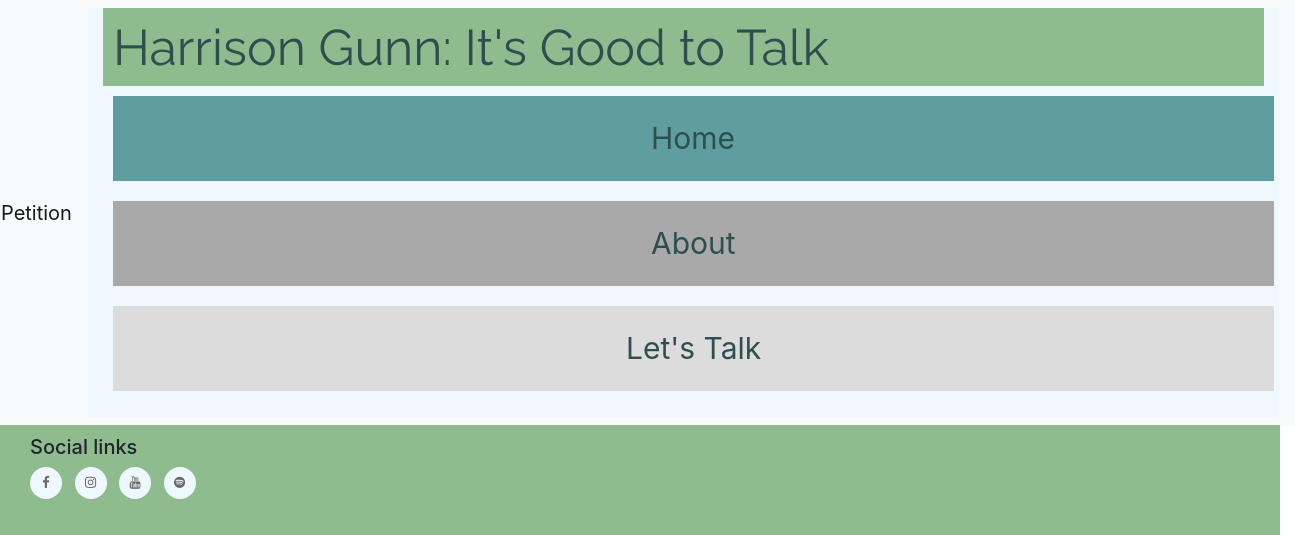
Repository: Leannald13/mile-stone-project-html
Page: contact.html
The author's editor kept a record of every edit. The page is drawn from the files as they stood at one moment, then again after the next edit.
The browser window is 1280 px wide. The page is 1295 px wide, so the pictures cover 1295 px, including what lies to the right of the window. The pictures show the part of the page from y = 500 to 1035 px (the page is 1035 px tall).

Above is the page before.

After the next edit:
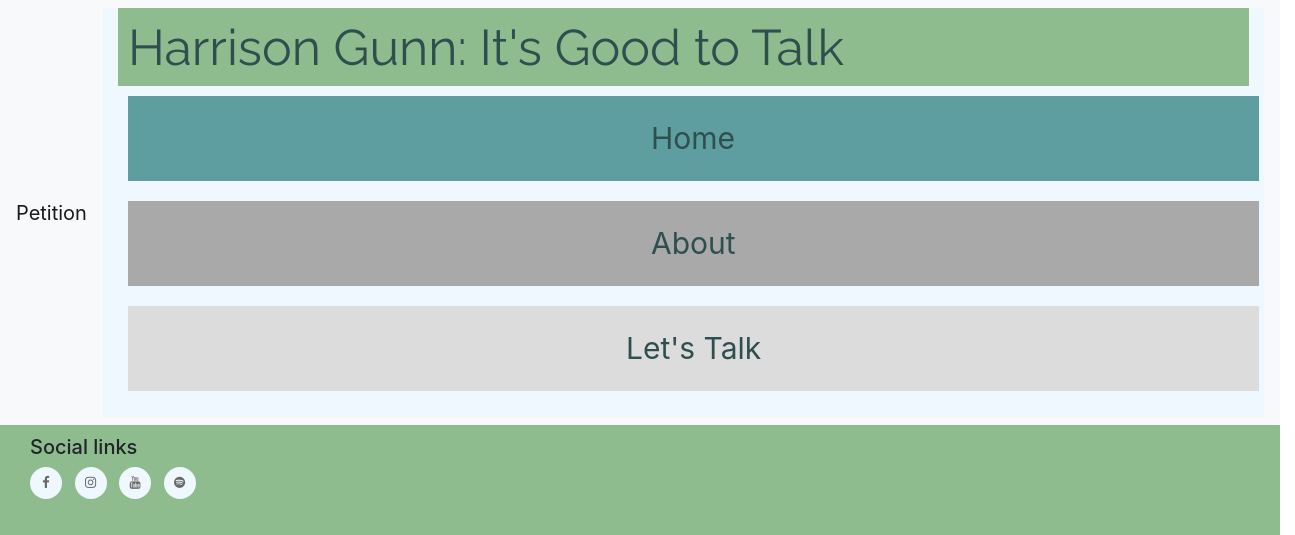
The edit:
--- a/contact.html
+++ b/contact.html
@@ -18,38 +18,39 @@
             <a href="index.html" class="col-md-12 logo">
 
             </a>
-                       <nav class="navbar navbar-expand-lg navbar-light bg-light">
-  <a class="navbar-brand" href="https://petition.parliament.uk/petitions/260373">Petition</a>
-  <button class="navbar-toggler" type="button" data-toggle="collapse" data-target="#navbarSupportedContent" aria-controls="navbarSupportedContent" aria-expanded="false" aria-label="Toggle navigation">
+        </div>
+        <nav class="navbar navbar-expand-lg navbar-light bg-light">
+            <a class="navbar-brand" href="https://petition.parliament.uk/petitions/260373">Petition</a>
+            <button class="navbar-toggler" type="button" data-toggle="collapse" data-target="#navbarSupportedContent" aria-controls="navbarSupportedContent" aria-expanded="false" aria-label="Toggle navigation">
     <span class="navbar-toggler-icon"></span>
   </button>
 
             <div class="container-fluid">
-        <div class="row">
-            <div class="col-sm-12">
-                <div class="row no-gutters bg-color-name">
-                    <div class="col heading">
-                        <h1 class="name">Harrison Gunn: It's Good to Talk</h1>
+                <div class="row">
+                    <div class="col-sm-12">
+                        <div class="row no-gutters bg-color-name">
+                            <div class="col heading">
+                                <h1 class="name">Harrison Gunn: It's Good to Talk</h1>
+                            </div>
+                        </div>
                     </div>
-                </div>
-            </div>
-             <div class="container-fluid">
-            <div class="row">
-                <div class="col-12">
-                    <ul id="nav" class="list-inline menucontainer">
-                        <li class="col col-sm-12 ui-menu-color-home list-inline-item menuitem">
-                            <a href="index.html" class="hvr-wobble-horizontal"><span>Home</span></a>
-                        </li>
-                        <li class="col col-sm-12 ui-menu-color-general list-inline-item menuitem">
-                            <a href="general.html" class="hvr-wobble-horizontal"><span>About</span></a>
-                        </li>
-                        <li class="col col-sm-12 ui-menu-color-contact list-inline-item menuitem">
-                            <a href="contact.html" class="hvr-wobble-horizontal"><span>Let's Talk</span></a>
-                        </li>
-                    </ul>
-                </div>
-                </div>
-            </div>
+                    <div class="container-fluid">
+                        <div class="row">
+                            <div class="col-12">
+                                <ul id="nav" class="list-inline menucontainer">
+                                    <li class="col col-sm-12 ui-menu-color-home list-inline-item menuitem">
+                                        <a href="index.html" class="hvr-wobble-horizontal"><span>Home</span></a>
+                                    </li>
+                                    <li class="col col-sm-12 ui-menu-color-general list-inline-item menuitem">
+                                        <a href="general.html" class="hvr-wobble-horizontal"><span>About</span></a>
+                                    </li>
+                                    <li class="col col-sm-12 ui-menu-color-contact list-inline-item menuitem">
+                                        <a href="contact.html" class="hvr-wobble-horizontal"><span>Let's Talk</span></a>
+                                    </li>
+                                </ul>
+                            </div>
+                        </div>
+                    </div>
     </header>
     <section>
 
